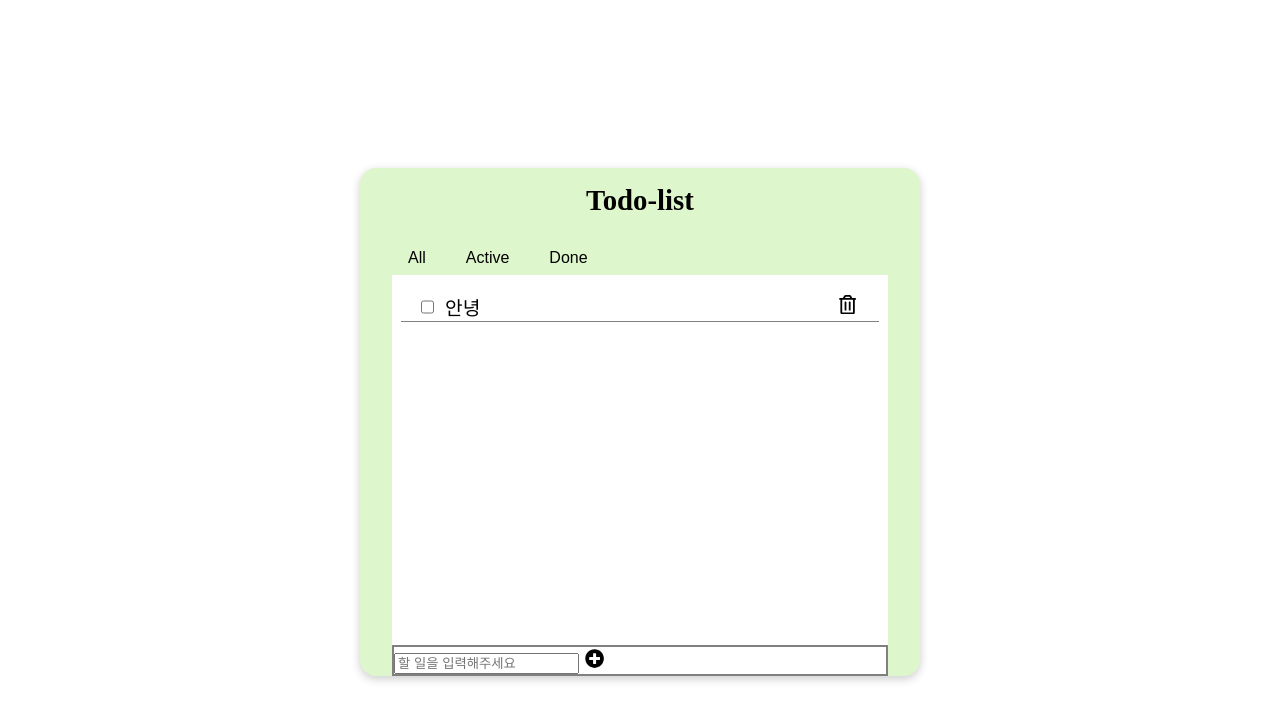
Repository: Yugayoung/todoList
Page: /
These files come from the project's save history. The page is drawn as it stood at one moment and after the next save; the edit follows.
The browser window is 1280 px wide. The pictures show the whole page.
Some web fonts or font styles are not loaded; a fallback is used. The project was rebuilt for these pictures with package versions that can differ from the ones it lists, and the page was loaded fresh each time. Also part of the build but not shown: src/App.css.

Above is the page before, as saved 2024-03-21 17:32:12.

After the next save:
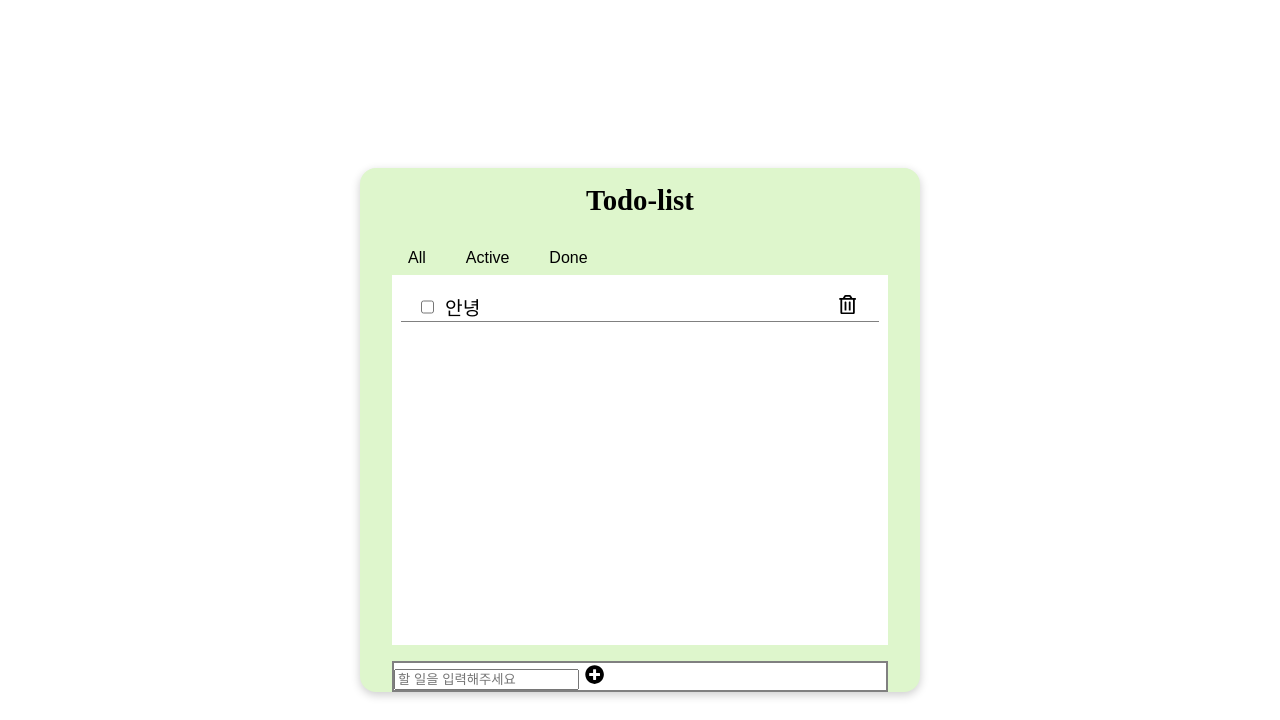
Saved 81 s later.
--- a/src/pages/todo.jsx
+++ b/src/pages/todo.jsx
@@ -64,6 +64,7 @@ const TodoUl = styled.ul`
 const InputDiv = styled.div`
   background-color: white;
   border: 2px solid gray;
+  margin: 1rem 0rem;
 `;
 
 export default function Todo() {
